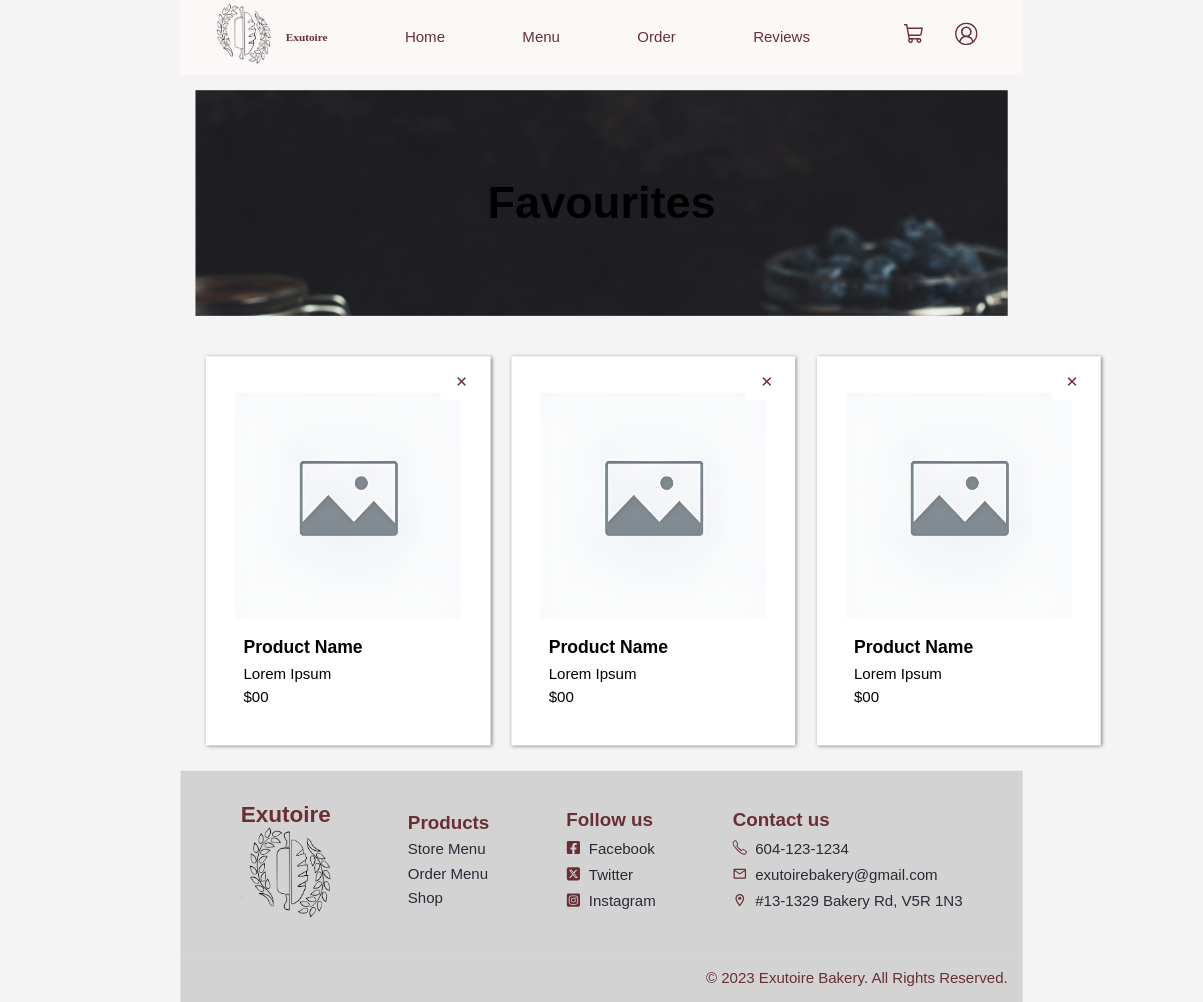
Repository: MelissaJacobi/COMP3170-final-proj
Page: /Favourites
An editor plug-in stored every save of this project. The page is shown before and after the next save, followed by the edit.
The browser window is 1280 px wide. The pictures show the whole page, at 94% of full size.
The project was rebuilt for these pictures with package versions that can differ from the ones it lists, and the page was loaded fresh each time. Also part of the build but not shown: vite.config.js, src/pages/ShoppingCart.module.css, src/components/ShoppingCartCard.module.css, src/components/ShoppingCartCard.jsx, src/components/OrderTotal.jsx, src/pages/ShoppingCart.jsx, src/pages/Profile.module.css, src/pages/Profile.jsx and 35 more.

Above is the page before, as saved 2024-11-11 13:52:13.

After the next save:
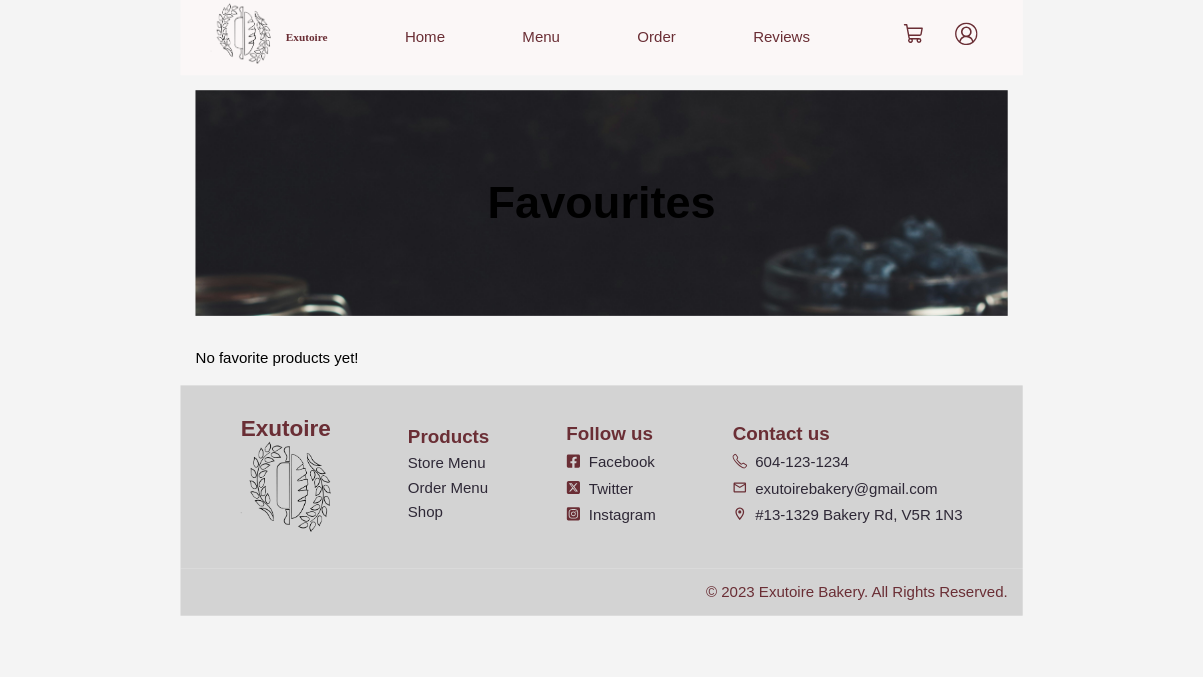
Saved 12 s later.
--- a/src/pages/Favourites.jsx
+++ b/src/pages/Favourites.jsx
@@ -3,19 +3,30 @@ import FavouritesCard from "../components/FavouritesCard";
 import favouritesbanner from "../assets/images/favouritesbanner.jpg";
 
 export default function Favourites() {
+    // Retrieve favorite products from localStorage
+    const favorites = JSON.parse(localStorage.getItem("favorites")) || [];
+
     return(
-        <>
-            <div className={styles.favouritesContainer}>
-                <div className={styles.banner}>
-                    <img src={favouritesbanner} alt="tiramisu cake banner"/>
-                    <h1>Favourites</h1>
-                </div>
-                <div className={styles.favouriteProducts}>
-                    <FavouritesCard />
-                    <FavouritesCard />
-                    <FavouritesCard />
-                </div>
+        <div className={styles.favouritesContainer}>
+            <div className={styles.banner}>
+                <img src={favouritesbanner} alt="favourites banner" />
+                <h1>Favourites</h1>
             </div>
-        </>
-    )
+            <div className={styles.favouriteProducts}>
+                {favorites.length > 0 ? (
+                    favorites.map((product, index) => (
+                        <FavouritesCard
+                            key={index}
+                            name={product.name}
+                            price={product.price}
+                            description={product.description}
+                            imageUrl={product.imageUrl}
+                        />
+                    ))
+                ) : (
+                    <p>No favorite products yet!</p>
+                )}
+            </div>
+        </div>
+    );
 }
